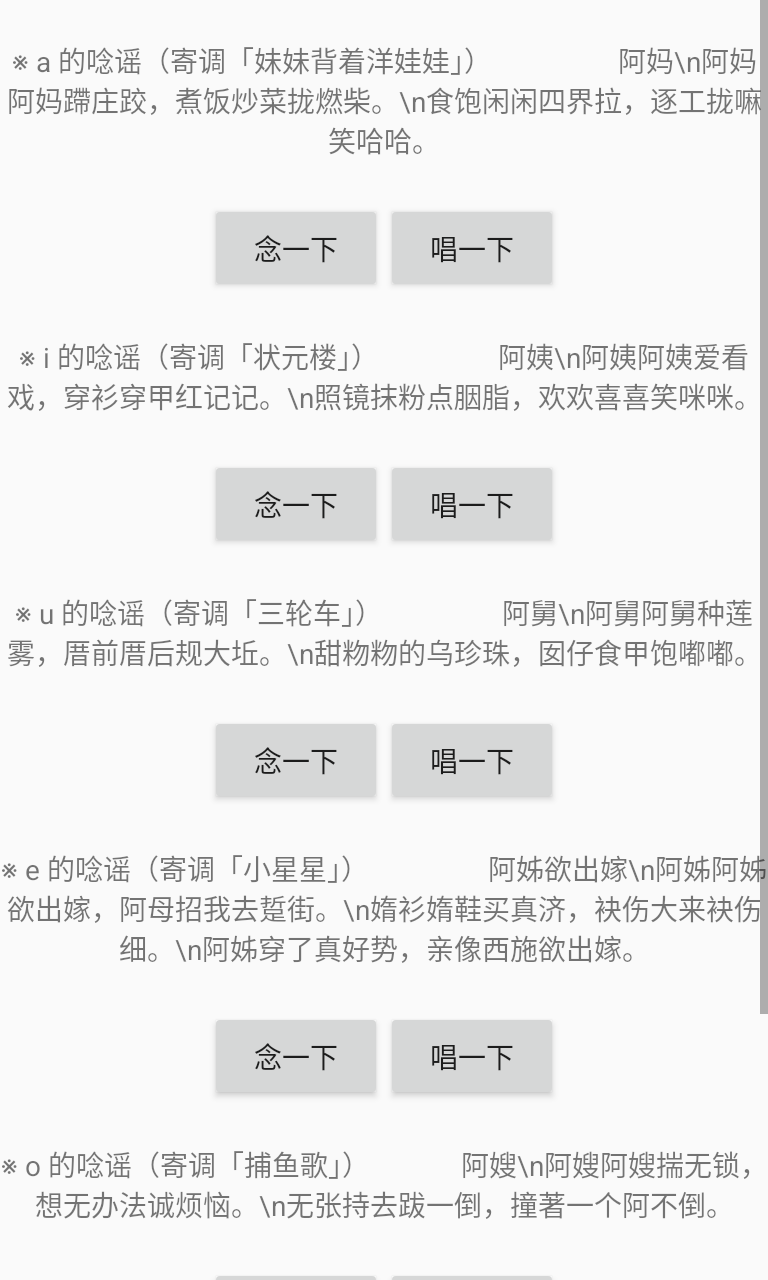
Repository: DIRONY/MinXue
Layout: MinXue/res/layout/fragment_nianyao.xml
The author's editor kept a copy of each file at every save. The layout is drawn from the files as they stood at one save, then again after the next save.
It is drawn on a 768 x 1280 px phone screen (xhdpi) without system bars, with theme AppTheme; the app's code is not run.

Above is the layout before, as saved 2014-12-03 06:47:59.

### MinXue/res/layout/fragment_nianyao.xml
<?xml version="1.0" encoding="utf-8"?>
<ScrollView xmlns:android="http://schemas.android.com/apk/res/android"
    android:layout_width="match_parent"
    android:layout_height="match_parent" >

    <LinearLayout
        android:layout_width="match_parent"
        android:layout_height="wrap_content"
        android:orientation="vertical" >

        <TextView
            android:layout_width="match_parent"
            android:layout_height="wrap_content"
            android:layout_gravity="fill_vertical"
            android:layout_marginTop="20dp"
            android:gravity="center"
            android:text="※ a 的唸谣（寄调「妹妹背着洋娃娃」）
                 阿妈\n阿妈阿妈蹛庄跤，煮饭炒菜拢燃柴。\n食饱闲闲四界拉，逐工拢嘛笑哈哈。"/>

        <LinearLayout
            android:layout_width="wrap_content"
            android:layout_height="wrap_content"
            android:layout_gravity="center"
            android:layout_marginTop="20dp"
            android:orientation="horizontal" >

            <Button
                android:id="@+id/a_read"
                android:layout_width="wrap_content"
                android:layout_height="wrap_content"
                style="?android:attr/button"
                android:text="念一下" />

            <Button
                android:id="@+id/a_sing"
                android:layout_width="wrap_content"
                android:layout_height="wrap_content"
                style="?android:attr/button"
                android:text="唱一下" />
        </LinearLayout>

        <TextView
            android:layout_width="match_parent"
            android:layout_height="wrap_content"
            android:layout_gravity="fill_vertical"
            android:layout_marginTop="20dp"
            android:gravity="center"
            android:text="※ i 的唸谣（寄调「状元楼」）
                阿姨\n阿姨阿姨爱看戏，穿衫穿甲红记记。\n照镜抹粉点胭脂，欢欢喜喜笑咪咪。" />

        <LinearLayout
            android:layout_width="wrap_content"
            android:layout_height="wrap_content"
            android:layout_gravity="center"
            android:layout_marginTop="20dp"
            android:orientation="horizontal" >

            <Button
                android:id="@+id/i_read"
                style="?android:attr/button"
                android:layout_width="wrap_content"
                android:layout_height="wrap_content"
                android:text="念一下" />

            <Button
                android:id="@+id/i_sing"
                style="?android:attr/button"
                android:layout_width="wrap_content"
                android:layout_height="wrap_content"
                android:text="唱一下" />
        </LinearLayout>

        <TextView
            android:layout_width="match_parent"
            android:layout_height="wrap_content"
            android:layout_gravity="fill_vertical"
            android:layout_marginTop="20dp"
            android:gravity="center"
            android:text="※ u 的唸谣（寄调「三轮车」）
                阿舅\n阿舅阿舅种莲雾，厝前厝后规大坵。\n甜粅粅的乌珍珠，囡仔食甲饱嘟嘟。" />
         <LinearLayout
            android:layout_width="wrap_content"
            android:layout_height="wrap_content"
            android:layout_gravity="center"
            android:layout_marginTop="20dp"
            android:orientation="horizontal" >

            <Button
                android:id="@+id/u_read"
                style="?android:attr/button"
                android:layout_width="wrap_content"
                android:layout_height="wrap_content"
                android:text="念一下" />

            <Button
                android:id="@+id/u_sing"
                style="?android:attr/button"
                android:layout_width="wrap_content"
                android:layout_height="wrap_content"
                android:text="唱一下" />
        </LinearLayout>
         <TextView
            android:layout_width="match_parent"
            android:layout_height="wrap_content"
            android:layout_gravity="fill_vertical"
            android:layout_marginTop="20dp"
            android:gravity="center"
            android:text="※ e 的唸谣（寄调「小星星」）
                阿姊欲出嫁\n阿姊阿姊欲出嫁，阿母招我去踅街。\n媠衫媠鞋买真济，袂伤大来袂伤细。\n阿姊穿了真好势，亲像西施欲出嫁。" />
          <LinearLayout
            android:layout_width="wrap_content"
            android:layout_height="wrap_content"
            android:layout_gravity="center"
            android:layout_marginTop="20dp"
            android:orientation="horizontal" >

            <Button
                android:id="@+id/e_read"
                style="?android:attr/button"
                android:layout_width="wrap_content"
                android:layout_height="wrap_content"
                android:text="念一下" />

            <Button
                android:id="@+id/e_sing"
                style="?android:attr/button"
                android:layout_width="wrap_content"
                android:layout_height="wrap_content"
                android:text="唱一下" />
        </LinearLayout>
         <TextView
            android:layout_width="match_parent"
            android:layout_height="wrap_content"
            android:layout_gravity="fill_vertical"
            android:layout_marginTop="20dp"
            android:gravity="center"
            android:text="※ o 的唸谣（寄调「捕鱼歌」）
            阿嫂\n阿嫂阿嫂揣无锁，想无办法诚烦恼。\n无张持去跋一倒，撞著一个阿不倒。" />
           <LinearLayout
            android:layout_width="wrap_content"
            android:layout_height="wrap_content"
            android:layout_gravity="center"
            android:layout_marginTop="20dp"
            android:orientation="horizontal" >

            <Button
                android:id="@+id/o_read"
                style="?android:attr/button"
                android:layout_width="wrap_content"
                android:layout_height="wrap_content"
                android:text="念一下" />

            <Button
                android:id="@+id/o_sing"
                style="?android:attr/button"
                android:layout_width="wrap_content"
                android:layout_height="wrap_content"
                android:text="唱一下" />
        </LinearLayout>
          <TextView
            android:layout_width="match_parent"
            android:layout_height="wrap_content"
            android:layout_gravity="fill_vertical"
            android:layout_marginTop="20dp"
            android:gravity="center"
            android:text="※ oo 的唸谣（寄调「小甜甜」）
            阿祖\n阿祖阿祖起烘炉，鰇鱼烘甲酥稣稣。\n芳味冲甲规条路，孙仔食甲揽腹肚。" />
            <LinearLayout
            android:layout_width="wrap_content"
            android:layout_height="wrap_content"
            android:layout_gravity="center"
            android:layout_marginTop="20dp"
            android:orientation="horizontal" >

            <Button
                android:id="@+id/oo_read"
                style="?android:attr/button"
                android:layout_width="wrap_content"
                android:layout_height="wrap_content"
                android:text="念一下" />

            <Button
                android:id="@+id/oo_sing"
                style="?android:attr/button"
                android:layout_width="wrap_content"
                android:layout_height="wrap_content"
                android:text="唱一下" />
        </LinearLayout>
    </LinearLayout>
</ScrollView>

### MinXue/res/drawable/actionbar_tab_indicator.xml
<?xml version="1.0" encoding="utf-8"?>
<selector xmlns:android="http://schemas.android.com/apk/res/android" >
    <!-- STATES WHEN BUTTON IS NOT PRESSED -->

    <!-- Non focused states -->
    <item android:state_focused="false" android:state_selected="false"
          android:state_pressed="false"
          android:drawable="@color/softyellow" />
    <item android:state_focused="false" android:state_selected="true"
          android:state_pressed="false"
          android:drawable="@color/softred" />

    <!-- Focused states (such as when focused with a d-pad or mouse hover) -->
    <item android:state_focused="true" android:state_selected="false"
          android:state_pressed="false"
          android:drawable="@color/softyellow" />
    <item android:state_focused="true" android:state_selected="true"
          android:state_pressed="false"
          android:drawable="@color/softred" />


<!-- STATES WHEN BUTTON IS PRESSED -->

    <!-- Non focused states -->
    <item android:state_focused="false" android:state_selected="false"
          android:state_pressed="true"
          android:drawable="@color/softyellow" />
    <item android:state_focused="false" android:state_selected="true"
        android:state_pressed="true"
        android:drawable="@color/softred" />

    <!-- Focused states (such as when focused with a d-pad or mouse hover) -->
    <item android:state_focused="true" android:state_selected="false"
          android:state_pressed="true"
          android:drawable="@color/softyellow" />
    <item android:state_focused="true" android:state_selected="true"
          android:state_pressed="true"
          android:drawable="@color/softred" />

</selector>

### MinXue/res/values/color.xml
<?xml version="1.0" encoding="utf-8"?>
<resources>
    <color name="deepblue">#0067a6</color>
    <color name="tab_background_color">#f2e7da</color>
    <color name="softgreen">#008972</color>
    <color name="softyellow">#efc028</color>
    <color name="softred">#f2572d</color>

</resources>

Loaded but not shown: MinXue/res/values/styles.xml (common file); MinXue/res/values-v11/styles.xml (common file); MinXue/res/values-v14/styles.xml (common file)

After the next save:
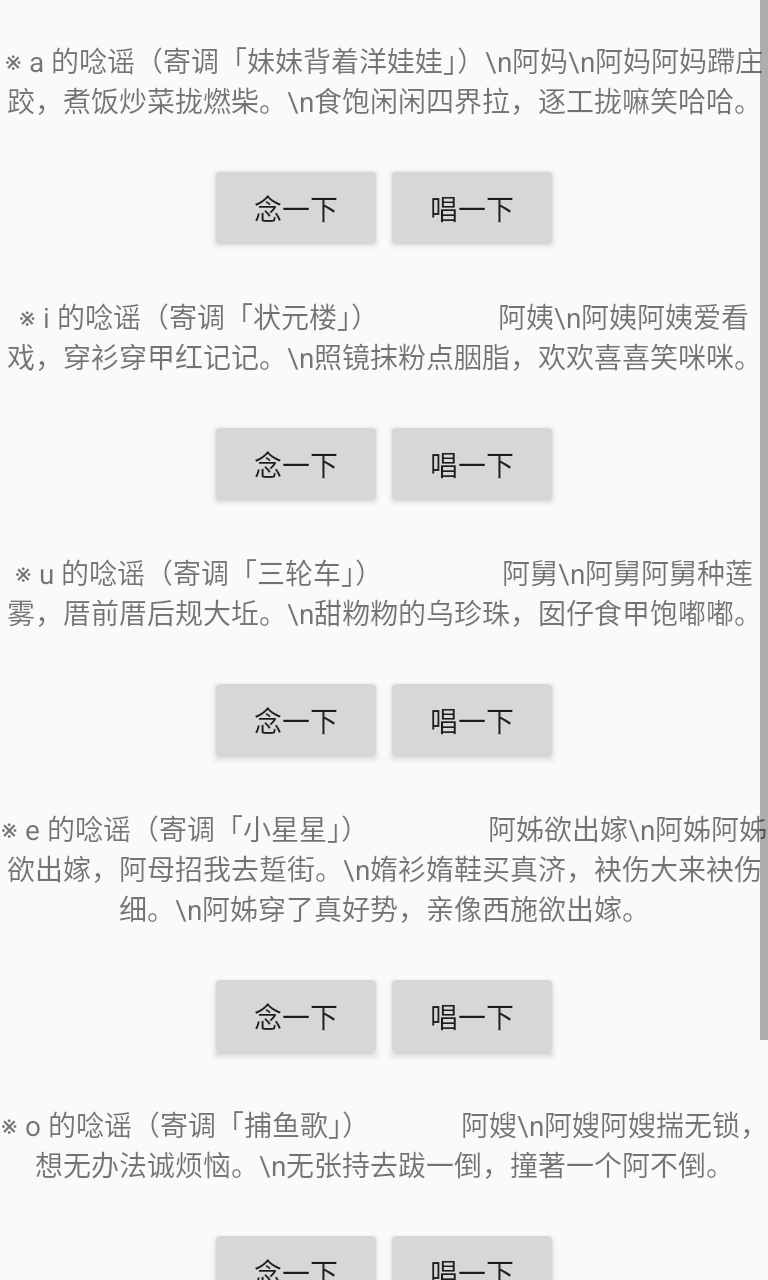
Saved 2 min 18 s later.
--- a/MinXue/res/layout/fragment_nianyao.xml
+++ b/MinXue/res/layout/fragment_nianyao.xml
@@ -14,8 +14,7 @@
             android:layout_gravity="fill_vertical"
             android:layout_marginTop="20dp"
             android:gravity="center"
-            android:text="※ a 的唸谣（寄调「妹妹背着洋娃娃」）
-                 阿妈\n阿妈阿妈蹛庄跤，煮饭炒菜拢燃柴。\n食饱闲闲四界拉，逐工拢嘛笑哈哈。"/>
+            android:text="※ a 的唸谣（寄调「妹妹背着洋娃娃」）\n阿妈\n阿妈阿妈蹛庄跤，煮饭炒菜拢燃柴。\n食饱闲闲四界拉，逐工拢嘛笑哈哈。"/>
 
         <LinearLayout
             android:layout_width="wrap_content"
